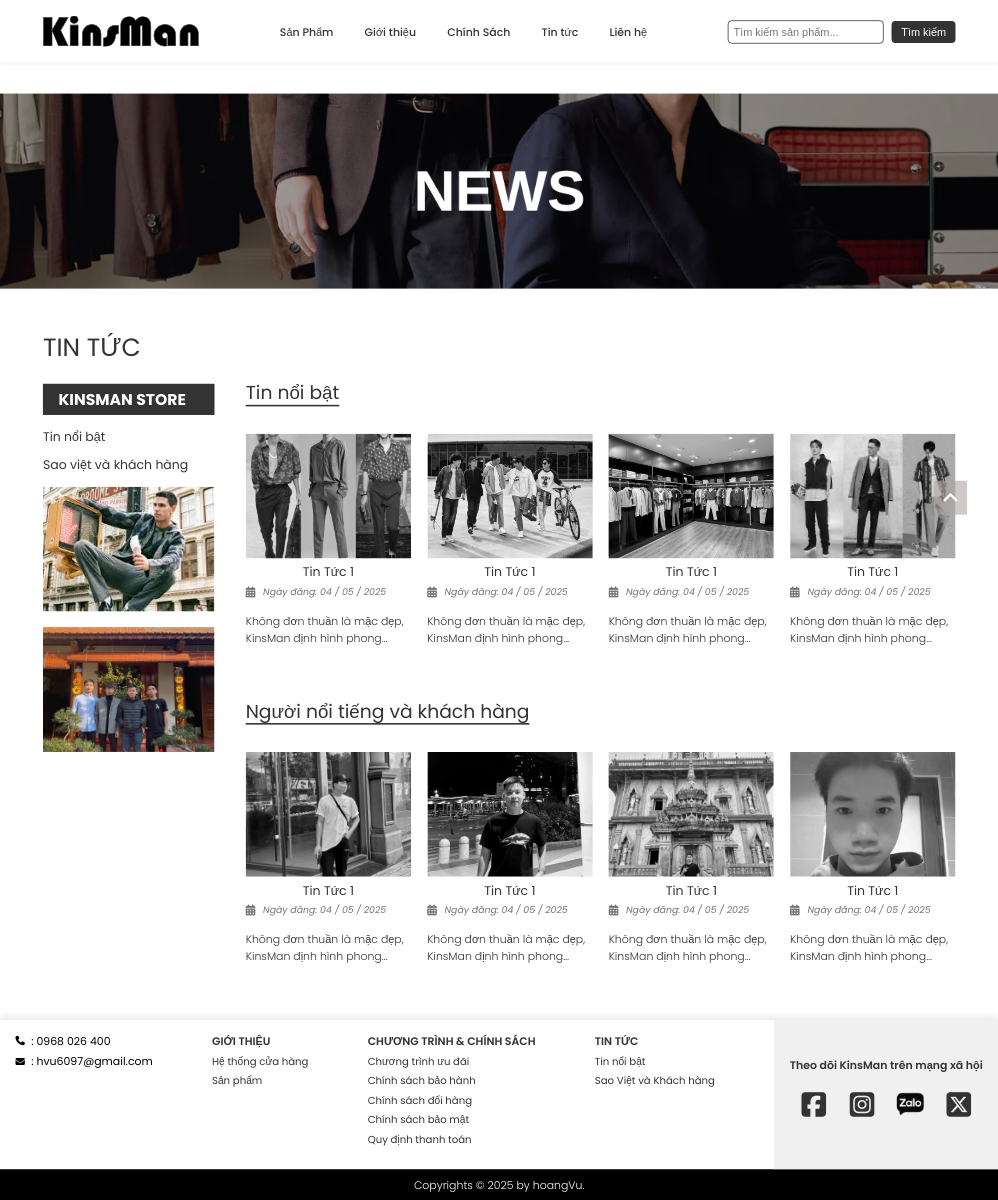
Repository: hoang28092000/kinsmanClothes
Page: category/news.html
An editor plug-in stored every save of this project. The page is shown before and after a run of saves, followed by the edit.
The browser window is 1280 px wide. The pictures show the whole page, at 78% of full size.

Above is the page before, as saved 2025-05-08 13:05:09.
Console error: TypeError: Cannot read properties of null (reading 'addEventListener')

After the next 2 saves:
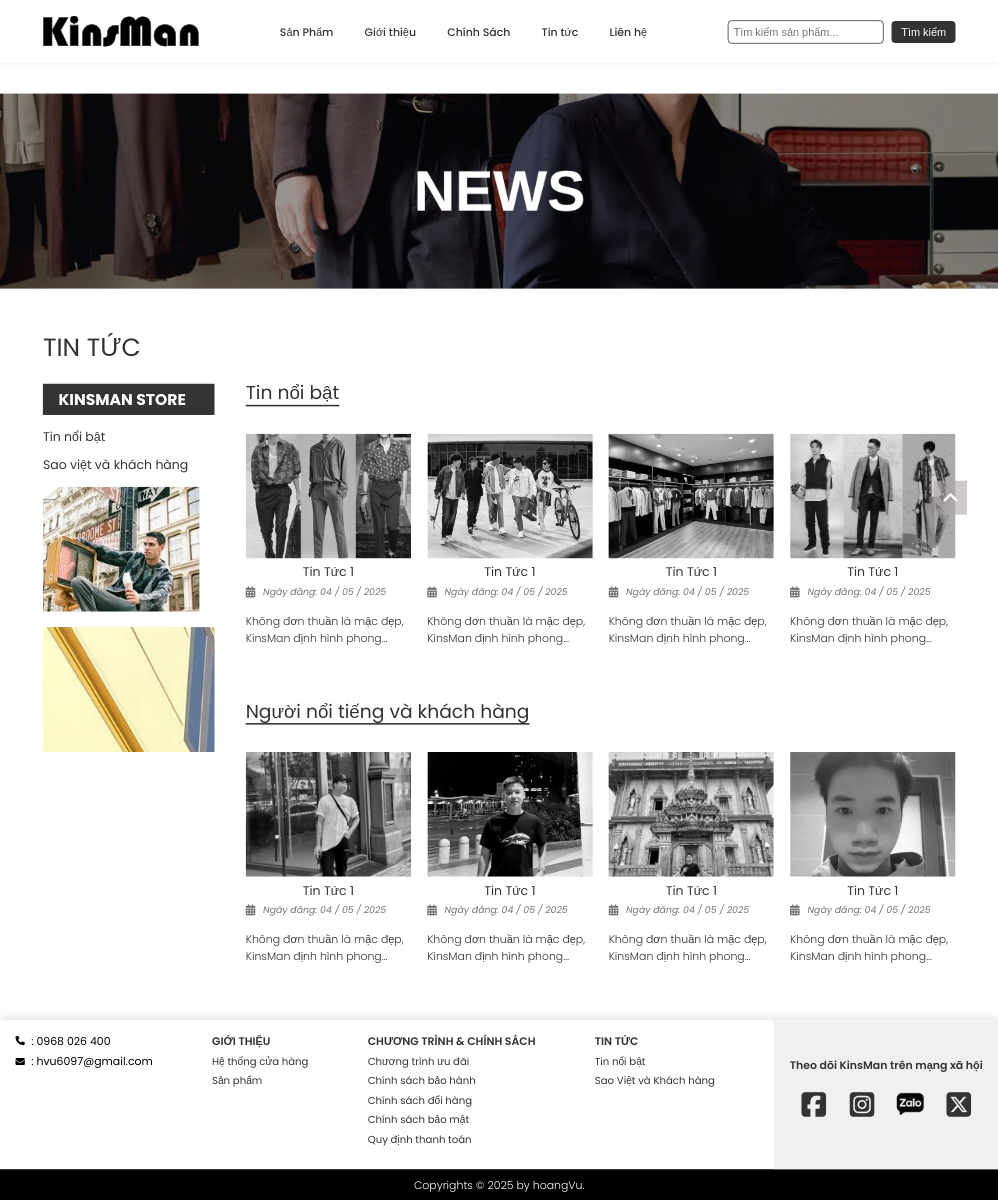
The 2 saves are shown as one change because they came seconds apart.
The last was saved 27 s later.
--- a/css/product.css
+++ b/css/product.css
@@ -334,6 +334,7 @@
   overflow: hidden;
   margin-bottom: 20px;
 }
+.content-news .banner-left:fis
 .content-news .banner-left img{
   width: 100%;
   height: 100%;

After the 2 saves that followed:
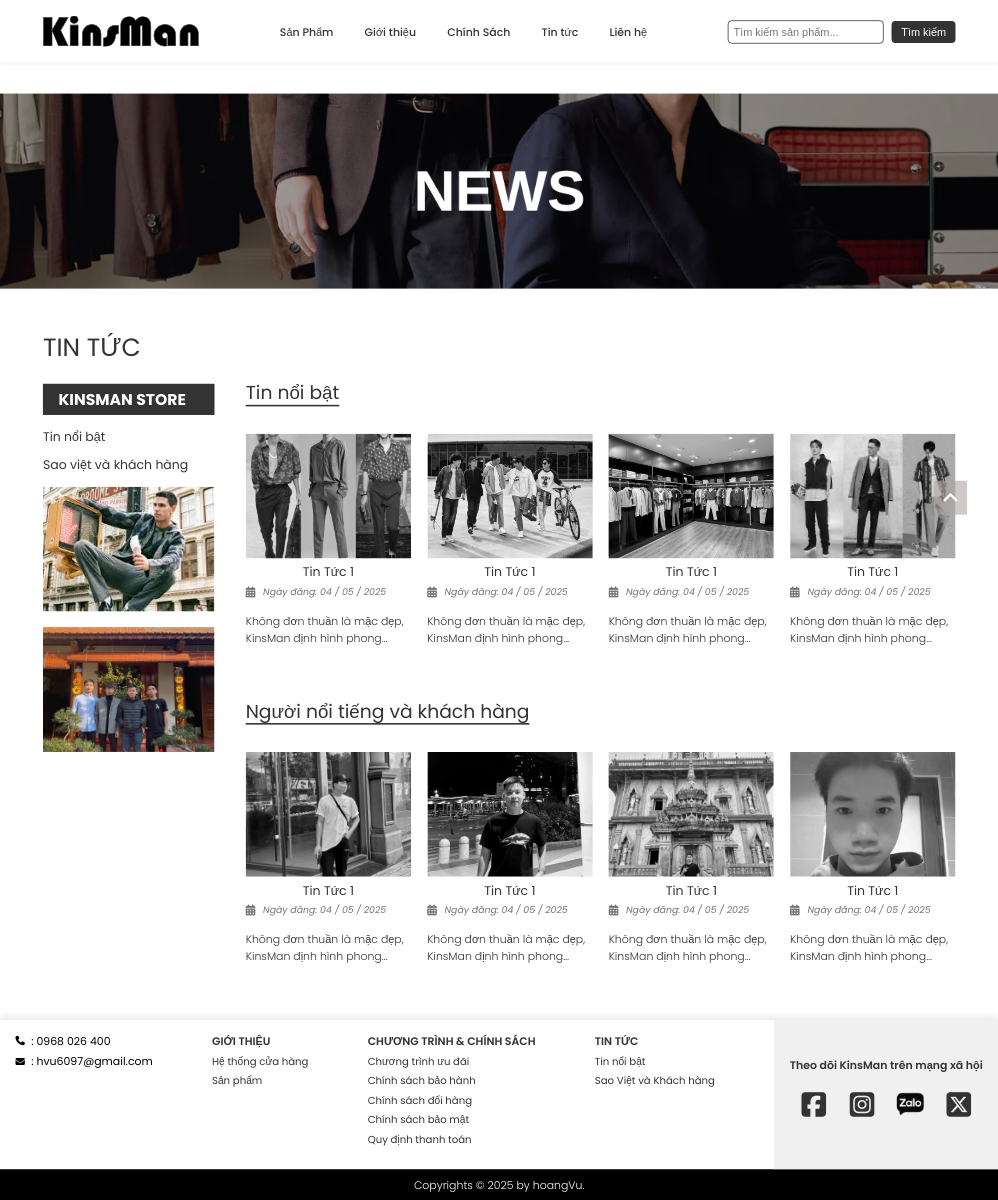
The 2 saves are shown as one change because they came seconds apart.
The last was saved 7 s later.
--- a/css/product.css
+++ b/css/product.css
@@ -334,7 +334,9 @@
   overflow: hidden;
   margin-bottom: 20px;
 }
-.content-news .banner-left:fis
+.content-news .banner-left:first-child{
+  margin-top: 40px;
+}
 .content-news .banner-left img{
   width: 100%;
   height: 100%;
